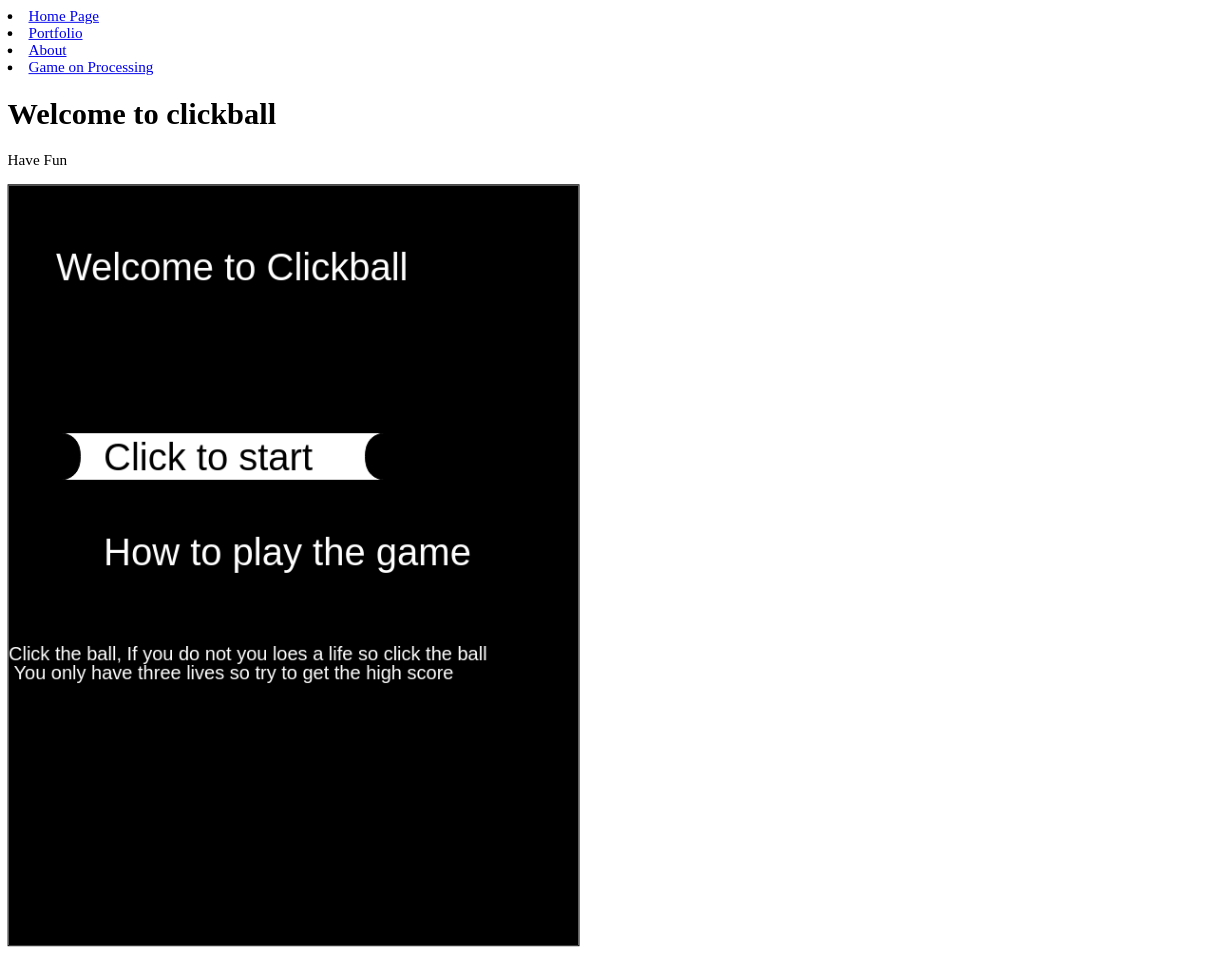
Repository: bluesyrupshed/bluesyrupshed.github.io
Page: clickball.html
The author's editor kept a record of every edit. The page is drawn from the files as they stood at one moment, then again after the next edit.
The browser window is 1280 px wide. The pictures show the whole page, at 95% of full size.

Above is the page before.

After the next edit:
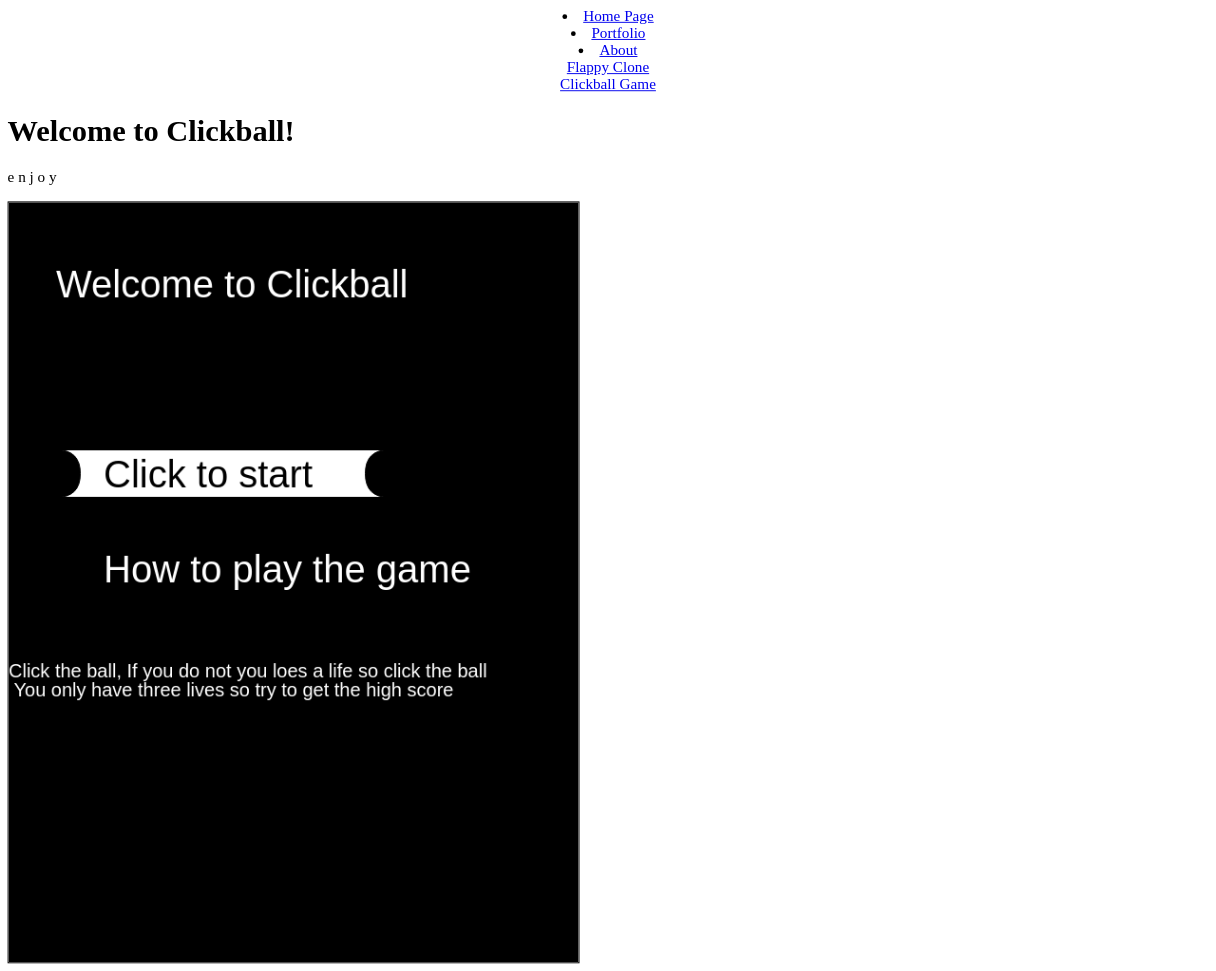
The edit:
--- a/clickball.html
+++ b/clickball.html
@@ -9,13 +9,13 @@
   </head>
 
   <body>
-
-     <li> <a href="index.html">Home Page</a></li>
-       <li><a href="portfolio.html">Portfolio</a></li>
-       <li><a href="about.html">About</a></li>
-       <li><a href="n.html">Game on Processing</a> </li>
-    <h1>Welcome to clickball</h1>
-    <p>Have Fun</p>
+    <center><li><a href="index.html">Home Page</a></li></center>
+       <center><li><a href="portfolio.html">Portfolio</a></li></center>
+       <center><li><a href="about.html">About</a></li></center>
+       <center><a href="flappymm.html">Flappy Clone</a></center>
+        <center><a href="clickball.html">Clickball Game</a></center>
+    <h1>Welcome to Clickball!</h1>
+    <p>e n j o y</p>
 
     <script type="text/processing">
 int gameState;
